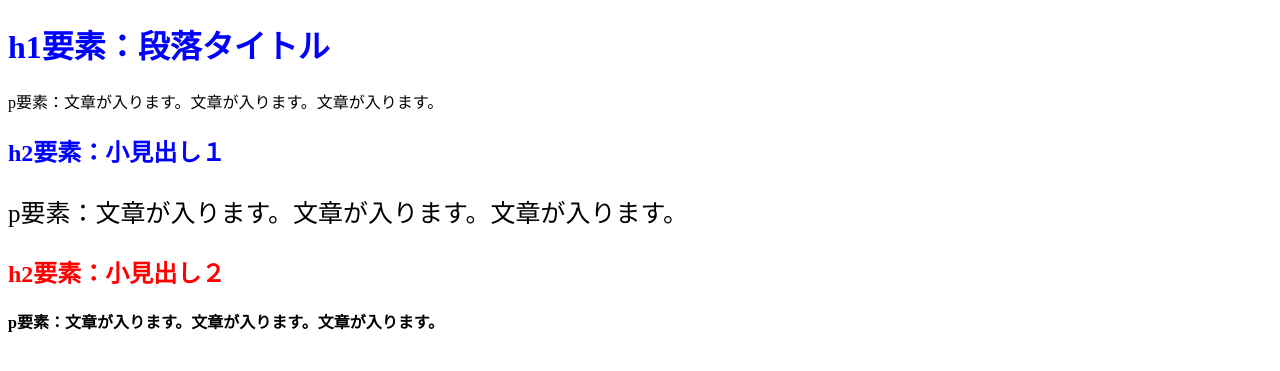
Repository: komikomi650/samurai_HTML-CSS
Page: samurai1/index.html
The author's editor kept a record of every edit. The page is drawn from the files as they stood at one moment, then again after the next edit.
The browser window is 1280 px wide. The pictures show the whole page.

Above is the page before.

### samurai1/index.html
<!DOCTYPE html>
<html lang="en">
<head>
    <meta charset="UTF-8">
    <title>HTML/CSSの学習</title>
    <style>
        #red {
            color: red;
        }
        .blue {
            color: blue;
        }
    </style>
</head>
<body>
    <h1 class="blue">h1要素：段落タイトル</h1>
    <p>p要素：文章が入ります。文章が入ります。文章が入ります。</p>
    <h2 class="blue">h2要素：小見出し１</h2>
    <p style="font-size: 25px;">p要素：文章が入ります。文章が入ります。文章が入ります。</p>
    <h2 id="red">h2要素：小見出し２</h2>
    <p style="font-weight: bold;">p要素：文章が入ります。文章が入ります。文章が入ります。</p>
</body>
</html>

After the next edit:
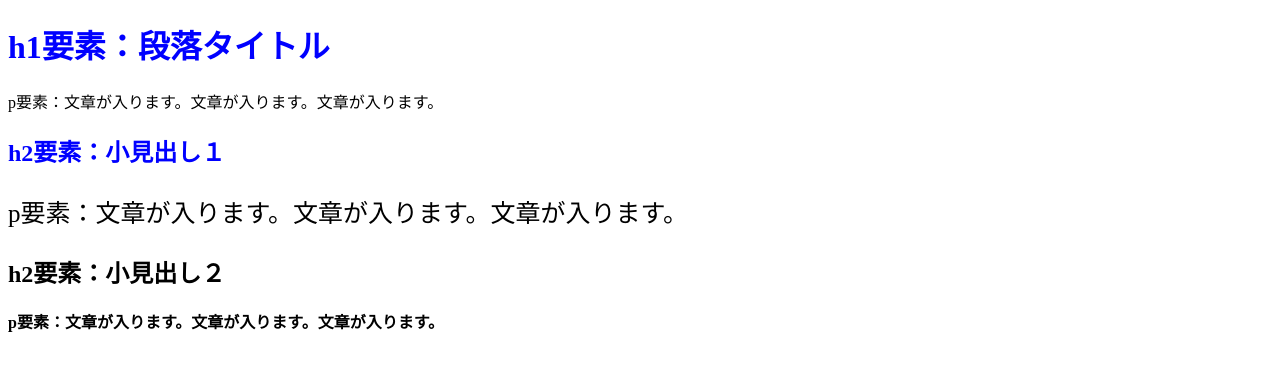
The edit:
--- a/samurai1/index.html
+++ b/samurai1/index.html
@@ -4,7 +4,7 @@
     <meta charset="UTF-8">
     <title>HTML/CSSの学習</title>
     <style>
-        #red {
+        .red {
             color: red;
         }
         .blue {
